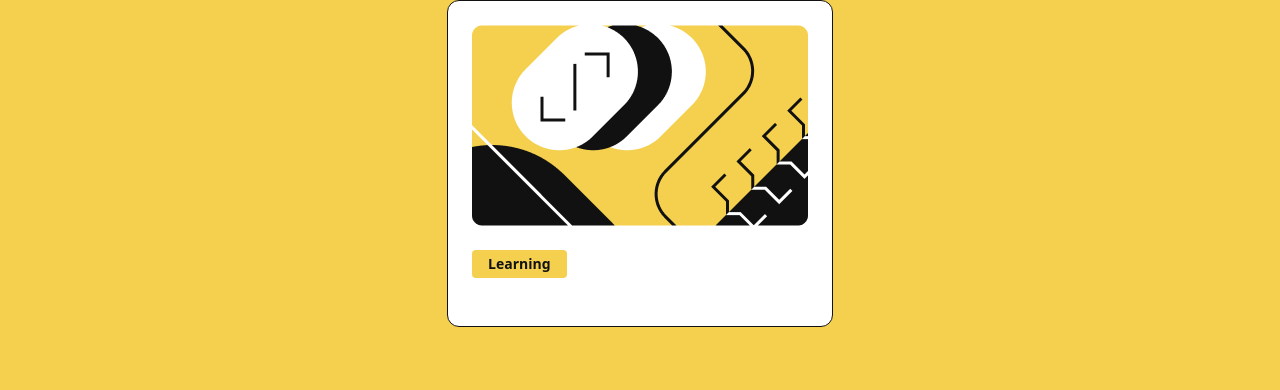
Repository: orcunelektirikci/fe-mentor-blogprev
Page: index.html
An editor plug-in stored every save of this project. The page is shown before and after the next save, followed by the edit.
The browser window is 1280 px wide. The pictures show the whole page.
Some web libraries are served in a nearby version.

Above is the page before, as saved 2024-04-12 16:50:27.

After the next save:
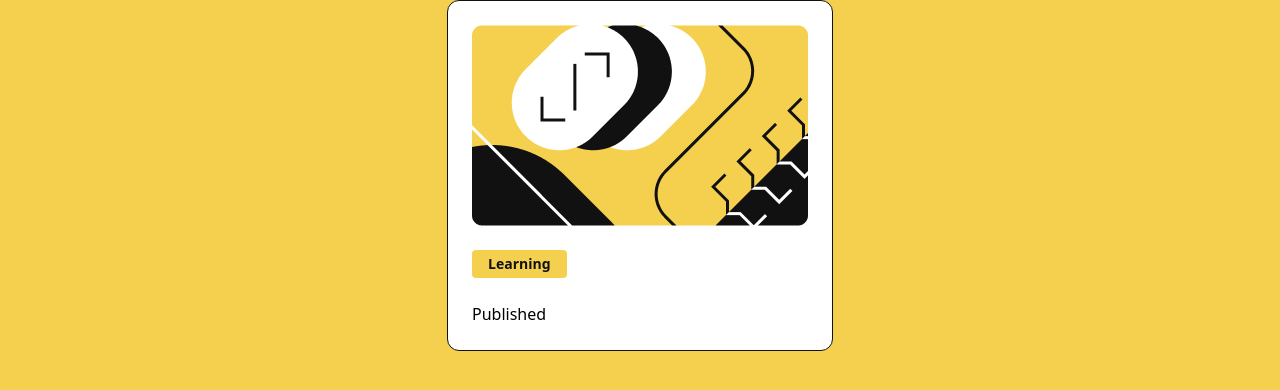
Saved 18 s later.
--- a/index.html
+++ b/index.html
@@ -13,7 +13,7 @@
     <div class="bg-white border-[1px] rounded-xl border-black p-6 flex flex-col justify-evenly space-y-6">
         <img src="assets/img/blogimage.png" alt="">
         <button class="bg-yellow rounded font-semibold text-black text-sm py-1 px-4 max-w-min" type="button">Learning</button>
-        <p></p>
+        <p>Published </p>
     </div>
 
     <script src="/assets/js/main.js"></script>
